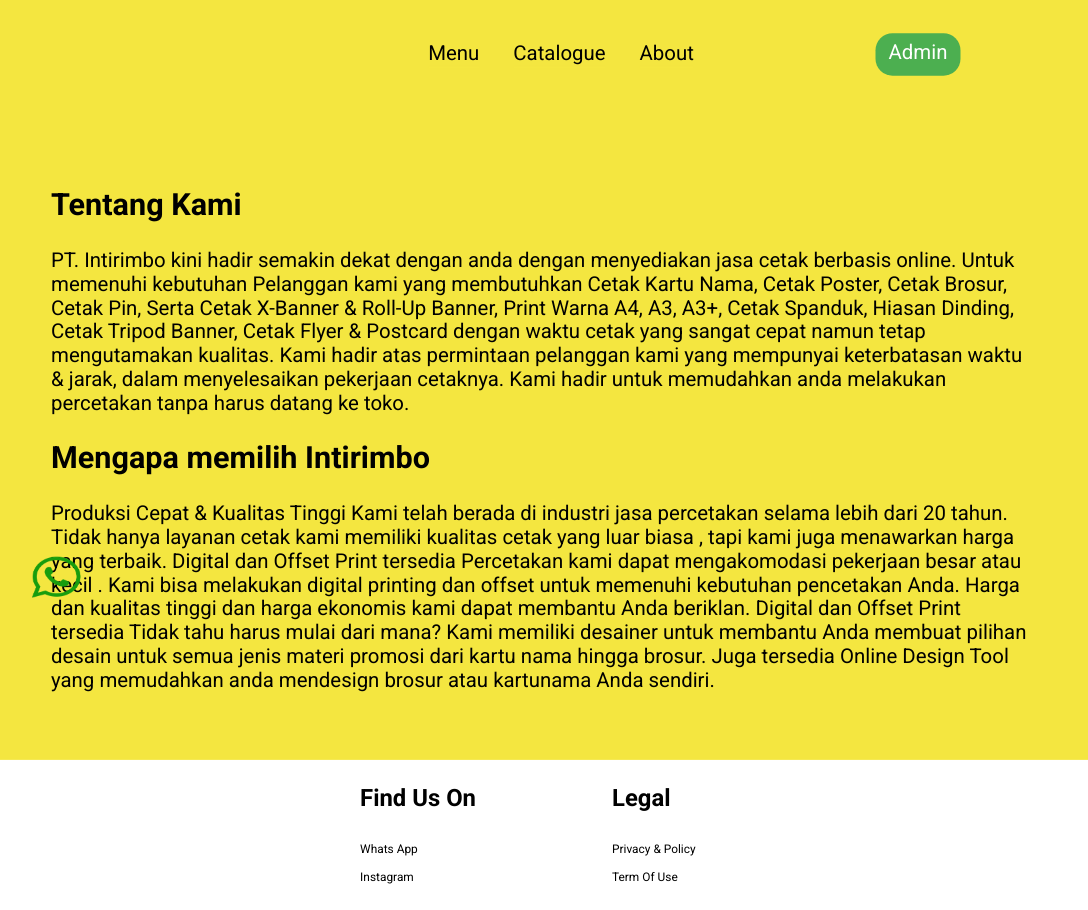
Repository: Fauzaanmhmd/Skripsi
Page: /about
These files come from the project's save history. The page is drawn as it stood at one moment and after the next save; the edit follows.
The browser window is 1280 px wide. The pictures show the whole page, at 85% of full size.
The project was rebuilt for these pictures with package versions that can differ from the ones it lists, and the page was loaded fresh each time. The framework's server and built-in components were replaced by stand-ins that run in the browser. Also part of the build but not shown: next.config.js, components/background.js.

Above is the page before, as saved 2021-06-02 09:14:11.

After the next save:
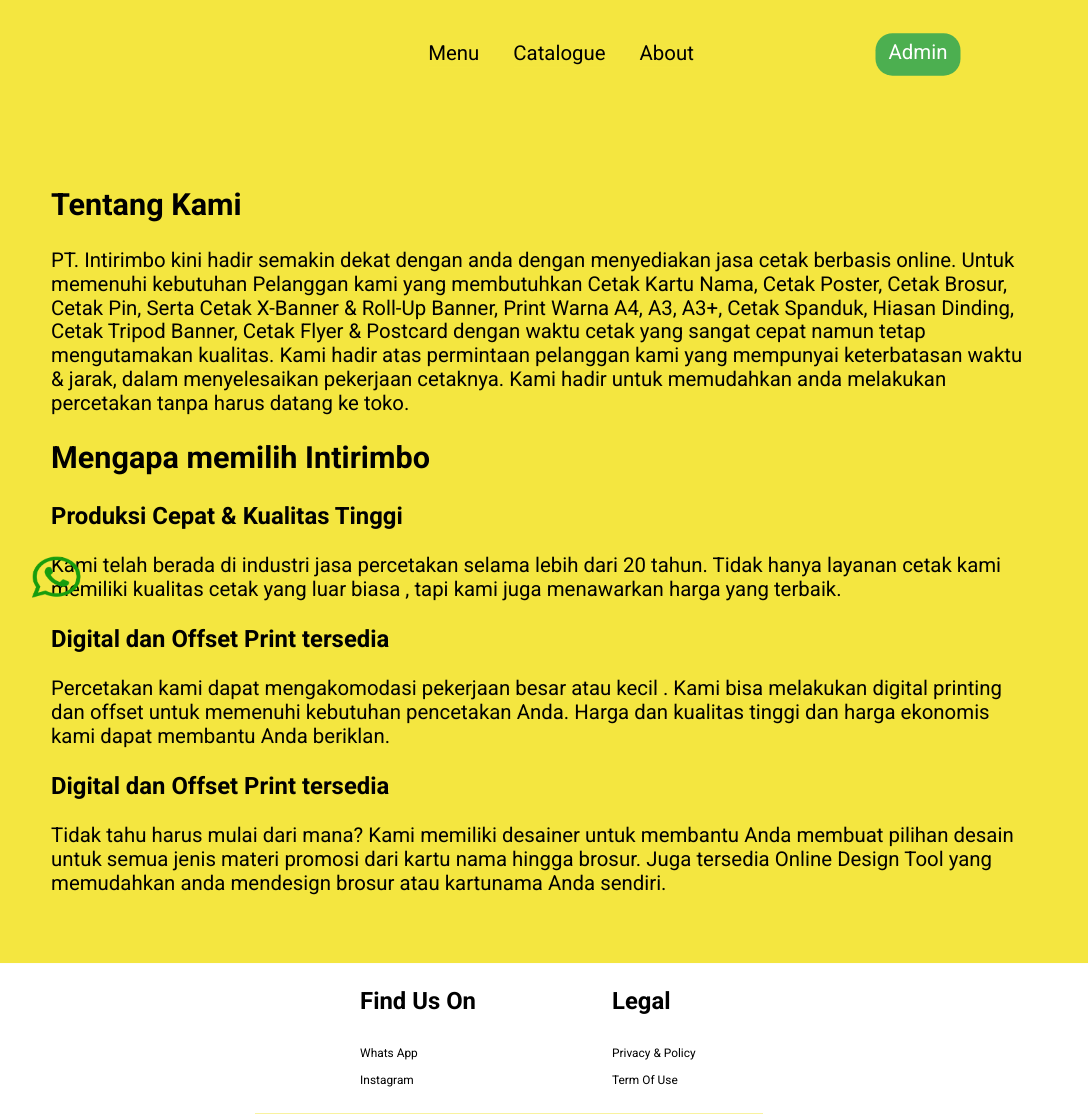
Saved 3 min 14 s later.
--- a/pages/about/index.js
+++ b/pages/about/index.js
@@ -8,13 +8,13 @@
                 PT. Intirimbo kini hadir semakin dekat dengan anda dengan menyediakan jasa cetak berbasis online. Untuk memenuhi kebutuhan Pelanggan kami yang membutuhkan Cetak Kartu Nama, Cetak Poster, Cetak Brosur, Cetak Pin, Serta Cetak X-Banner & Roll-Up Banner, Print Warna A4, A3, A3+, Cetak Spanduk, Hiasan Dinding, Cetak Tripod Banner, Cetak Flyer & Postcard dengan waktu cetak yang sangat cepat namun tetap mengutamakan kualitas. Kami hadir atas permintaan pelanggan kami yang mempunyai keterbatasan waktu & jarak, dalam menyelesaikan pekerjaan cetaknya. Kami hadir untuk memudahkan anda melakukan percetakan tanpa harus datang ke toko.
 
                 <h2>Mengapa memilih Intirimbo</h2>
-                Produksi Cepat & Kualitas Tinggi
+                <h3>Produksi Cepat & Kualitas Tinggi</h3>
                 Kami telah berada di industri jasa percetakan selama lebih dari 20 tahun. Tidak hanya layanan cetak kami memiliki kualitas cetak yang luar biasa , tapi kami juga menawarkan harga yang terbaik.
 
-                Digital dan Offset Print tersedia
+                <h3>Digital dan Offset Print tersedia</h3>
                 Percetakan kami dapat mengakomodasi pekerjaan besar atau kecil . Kami bisa melakukan digital printing dan offset untuk memenuhi kebutuhan pencetakan Anda. Harga dan kualitas tinggi dan harga ekonomis kami dapat membantu Anda beriklan.
 
-                Digital dan Offset Print tersedia
+                <h3>Digital dan Offset Print tersedia</h3>
                 Tidak tahu harus mulai dari mana? Kami memiliki desainer untuk membantu Anda membuat pilihan desain untuk semua jenis materi promosi dari kartu nama hingga brosur. Juga tersedia Online Design Tool yang memudahkan anda mendesign brosur atau kartunama Anda sendiri.
 
             </div>
